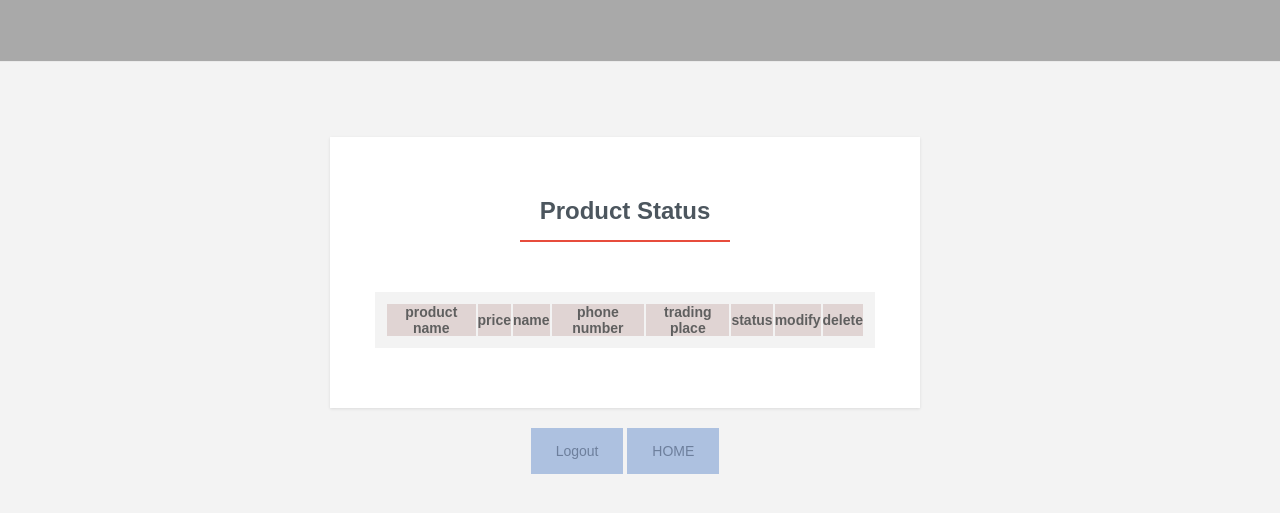
Repository: 0suh/SKKU_Web_project
Page: http://localhost/2018312257_YoungSuhChin_project/productstatus.jsp
An editor plug-in stored every save of this project. The page is shown before and after the next save, followed by the edit.
The browser window is 1280 px wide. The pictures show the whole page.
The page is served by Tomcat 9. Queries for data that is not in the repository find no rows.

Above is the page before, as saved 2020-12-20 14:54:38.

After the next save:
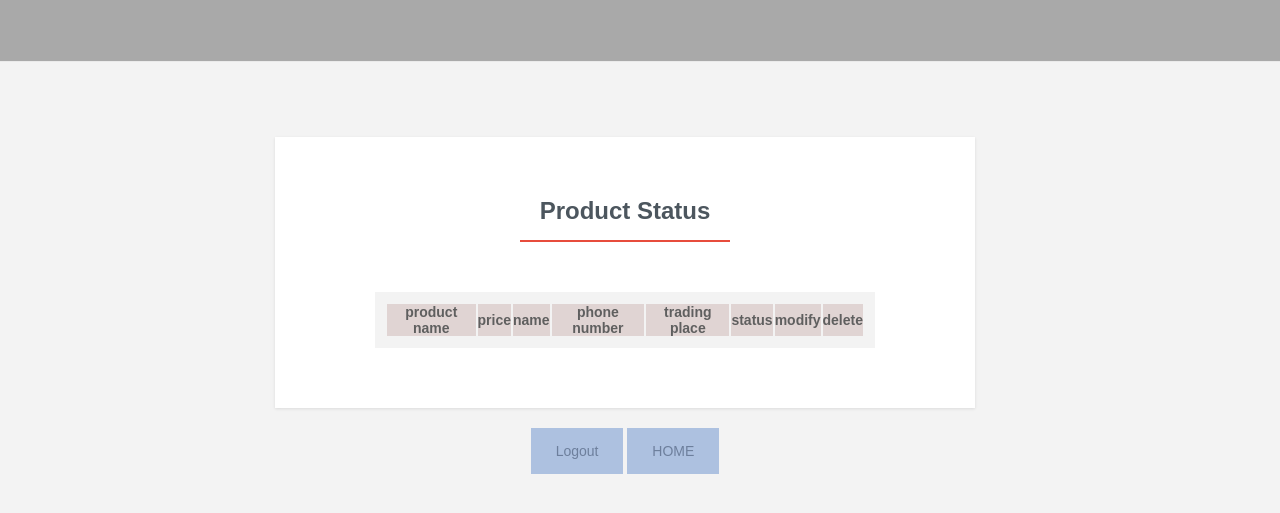
Saved 15 s later.
--- a/FinalProject/2018312257_YoungSuhChin_project/WebContent/productstatus.jsp
+++ b/FinalProject/2018312257_YoungSuhChin_project/WebContent/productstatus.jsp
@@ -36,7 +36,7 @@ try
    <form class="form-register" action="memberdelete.jsp" method="post"  > <!-- goto memberdelete.jsp -->
 
    <div class="form-register-with-ID">
-   <div class="form-white-background" style="width:100%">
+   <div class="form-white-background" style="width:700px">
      <div class="form-title-row">
     <h1>Product Status</h1>
     </div>
